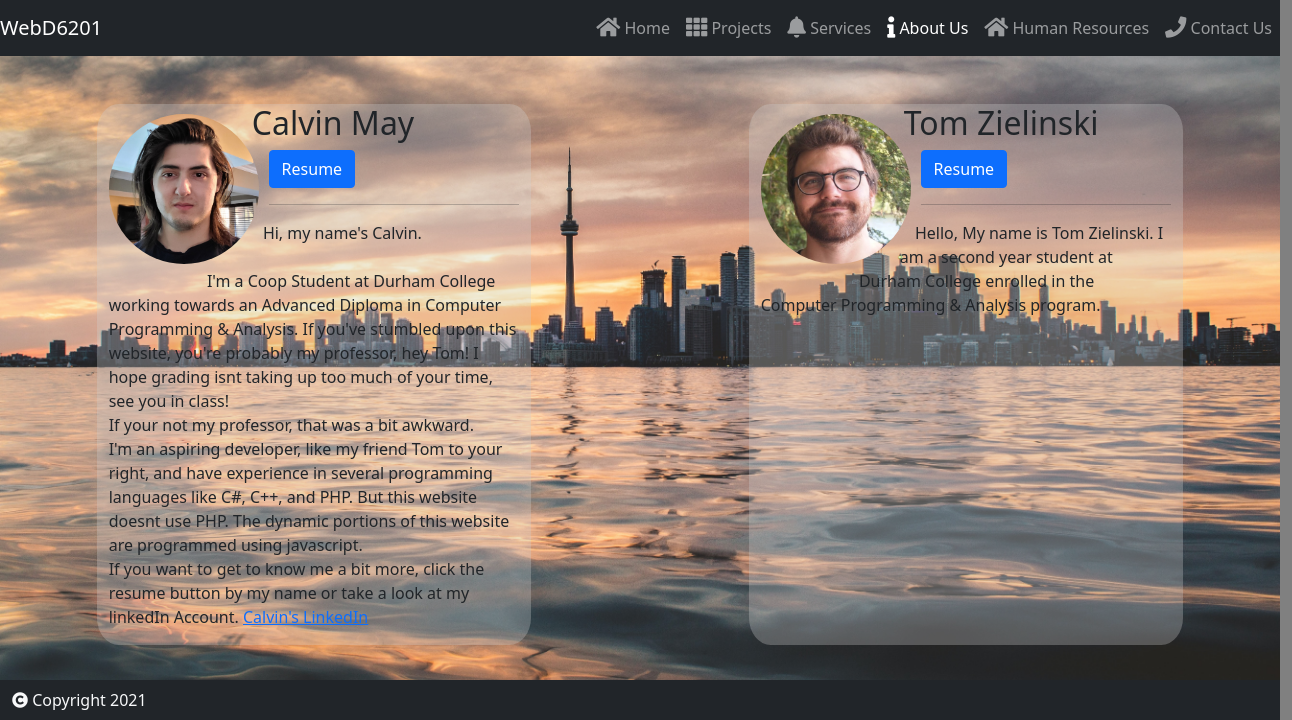
Repository: Tomelinski/Webd6201-Lab02
Page: about.html
An editor plug-in stored every save of this project. The page is shown before and after the next save, followed by the edit.
The browser window is 1280 px wide. The page is 1292 px wide, so the pictures cover 1292 px, including what lies to the right of the window. The pictures show the whole page.

Above is the page before, as saved 2021-02-05 19:39:47.

After the next save:
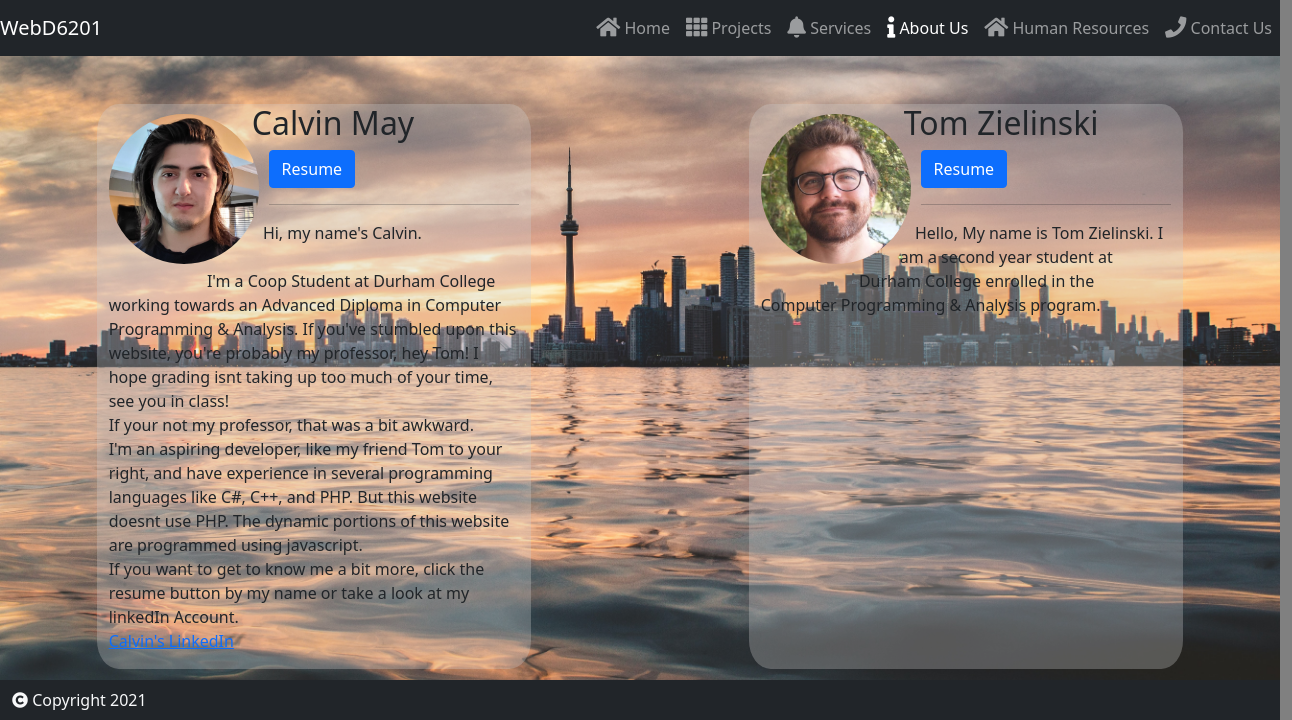
Saved 10 s later.
--- a/Scripts/app.js
+++ b/Scripts/app.js
@@ -127,7 +127,7 @@
         use PHP. The dynamic portions of this website are programmed using javascript.
         <br/>
         If you want to get to know me a bit more, click the resume button by my name or
-        take a look at my linkedIn Account.
+        take a look at my linkedIn Account. <br/>
         <a href="https://www.linkedin.com/in/calvin-may-384798200/">Calvin's LinkedIn</a>
         </p>`;
 
